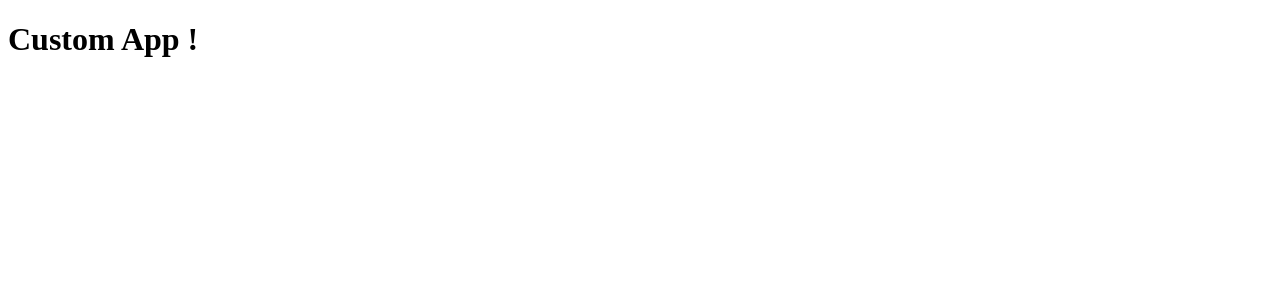
Repository: VishwaGoswami1407/React
Page: / (app in 01vitereact/)
An editor plug-in stored every save of this project. The page is shown before and after the next save, followed by the edit.
The browser window is 1280 px wide. The pictures show the whole page.
The project was rebuilt for these pictures with package versions that can differ from the ones it lists, and the page was loaded fresh each time. Also part of the build but not shown: 01vitereact/vite.config.js.

Above is the page before, as saved 2024-10-18 14:31:29.

After the next save:
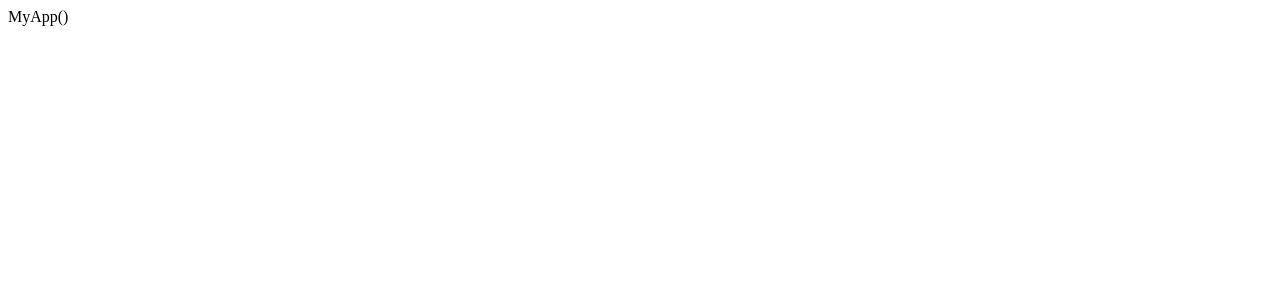
Saved 13 s later.
--- a/01vitereact/src/main.jsx
+++ b/01vitereact/src/main.jsx
@@ -1,3 +1,4 @@
+import { StrictMode } from 'react'
 import { createRoot } from 'react-dom/client'
 
 function MyApp(){
@@ -8,7 +9,7 @@
   )
 }
 createRoot(document.getElementById('root')).render(
-  // <StrictMode>
+  <StrictMode>
     MyApp()
-  // {/* </StrictMode>, */}
+  </StrictMode>,
 )

After the save that followed:
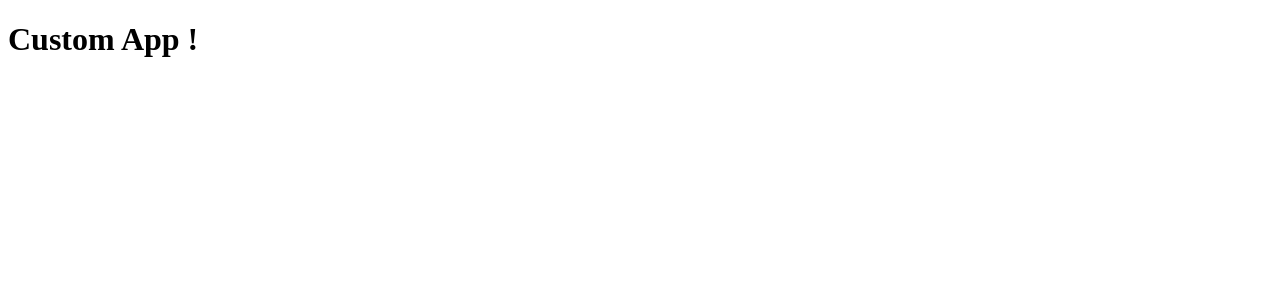
Saved 9 s later.
--- a/01vitereact/src/main.jsx
+++ b/01vitereact/src/main.jsx
@@ -10,6 +10,6 @@
 }
 createRoot(document.getElementById('root')).render(
   <StrictMode>
-    MyApp()
+    <MyApp />
   </StrictMode>,
 )
